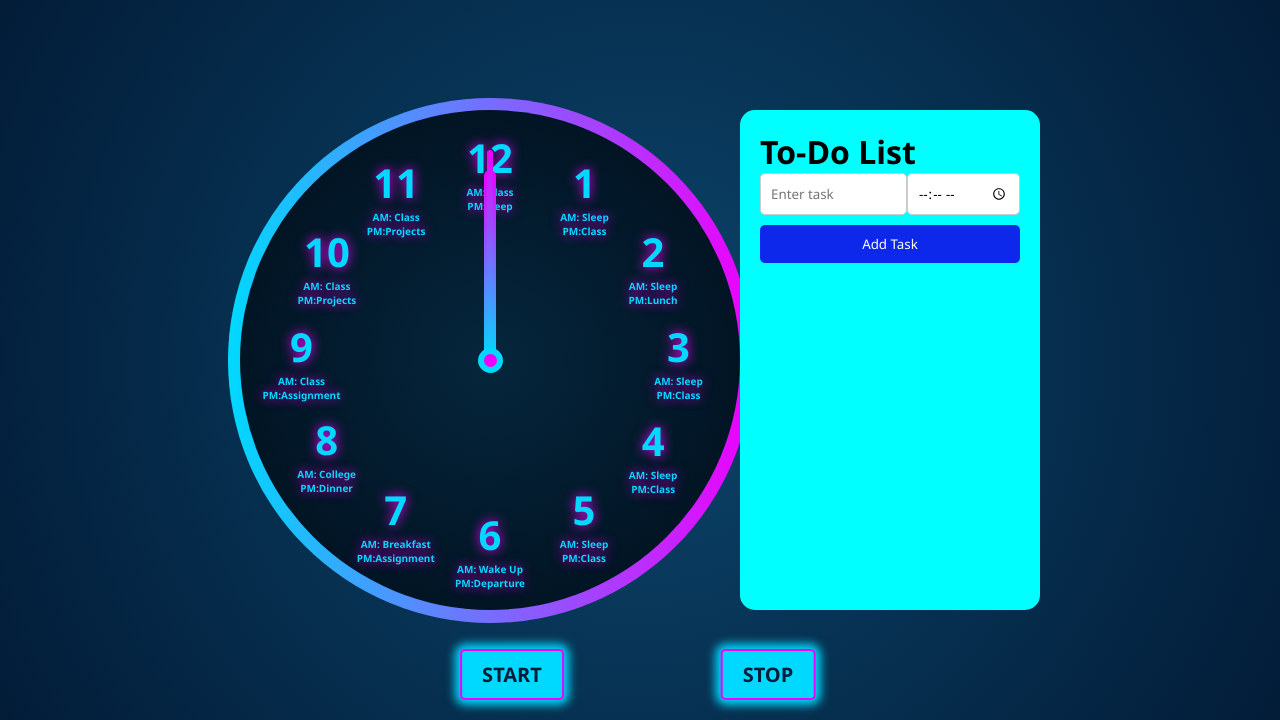
Repository: Suryansh-D/Cool-Clock
Page: index.html
The author's editor kept a copy of each file at every save. The page is drawn from the files as they stood at one save, then again after a run of saves.
The browser window is 1280 px wide. The pictures show the whole page.

Above is the page before, as saved 2024-01-30 18:42:26.

After the next 3 saves:
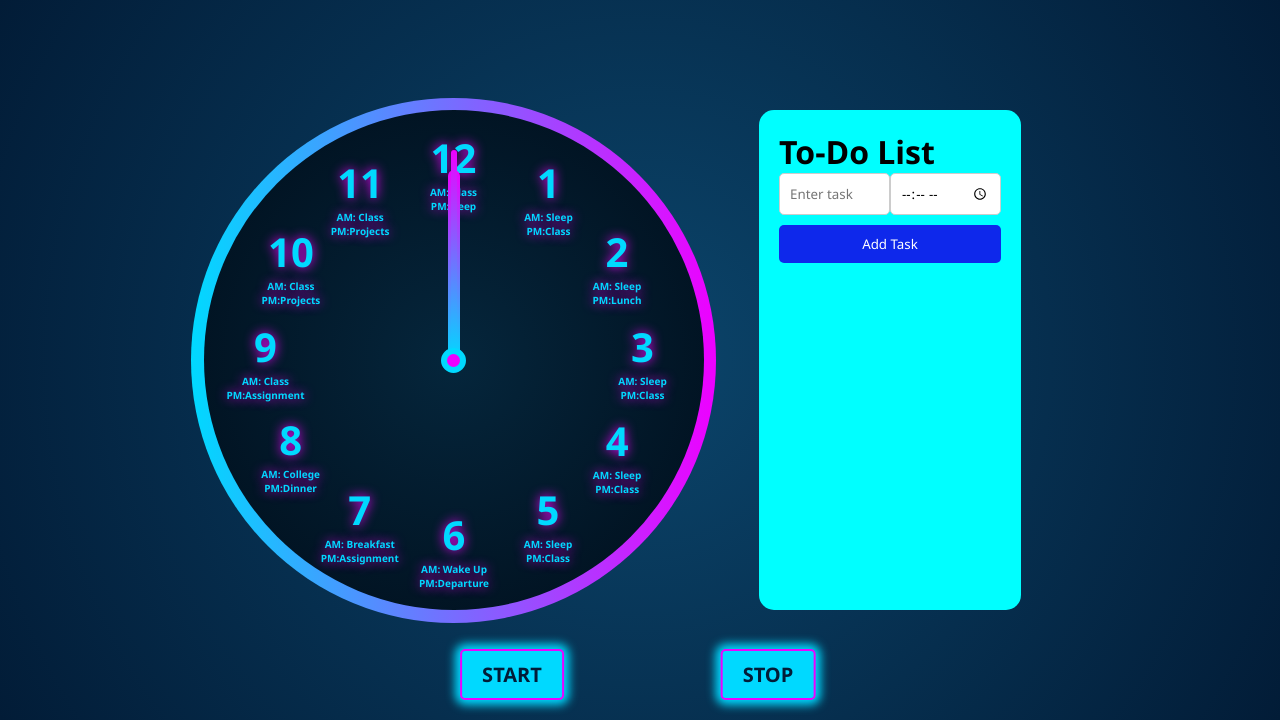
The 3 saves are shown as one change because they came seconds apart.
The last was saved 11 s later.
--- a/style.css
+++ b/style.css
@@ -151,7 +151,7 @@ body{
     cursor: pointer;
   }
   .ToDoContainer {
-    width: 300px;
+    width: 30%;
     max-width: 600px;
     margin: 0 auto;
     padding: 20px;
